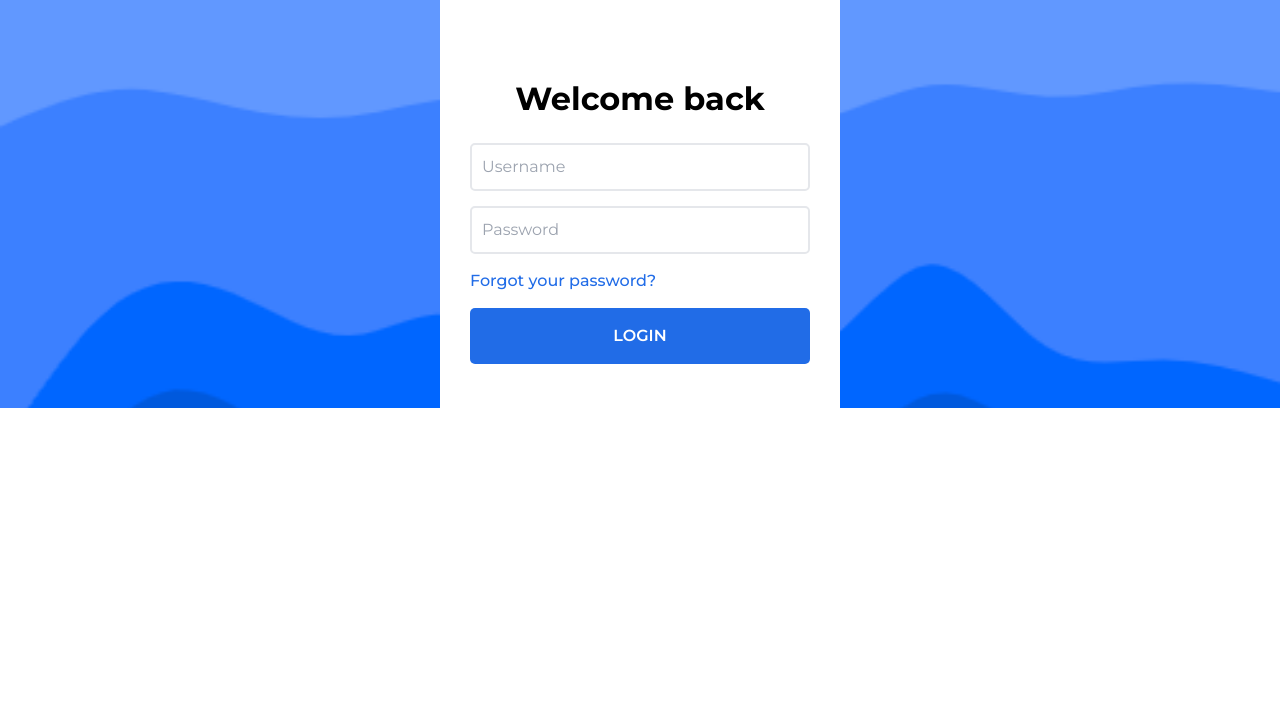
Repository: SatohJiro/CourseSale
Page: /
The author's editor kept a copy of each file at every save. The page is drawn from the files as they stood at one save, then again after the next save.
The browser window is 1280 px wide. The pictures show the whole page.
The project was rebuilt for these pictures with package versions that can differ from the ones it lists, and the page was loaded fresh each time. Also part of the build but not shown: src/pages/Home/index.js, src/pages/Courses/index.js, src/layout/DefaultLayout/DefaultLayout.module.scss, src/layout/components/Header/Header.module.scss, src/layout/components/Header/index.js, src/layout/components/Sidebar/Sidebar.module.scss, src/layout/components/Sidebar/index.js, src/layout/DefaultLayout/index.js.

Above is the page before, as saved 2022-12-05 11:11:58.

After the next save:
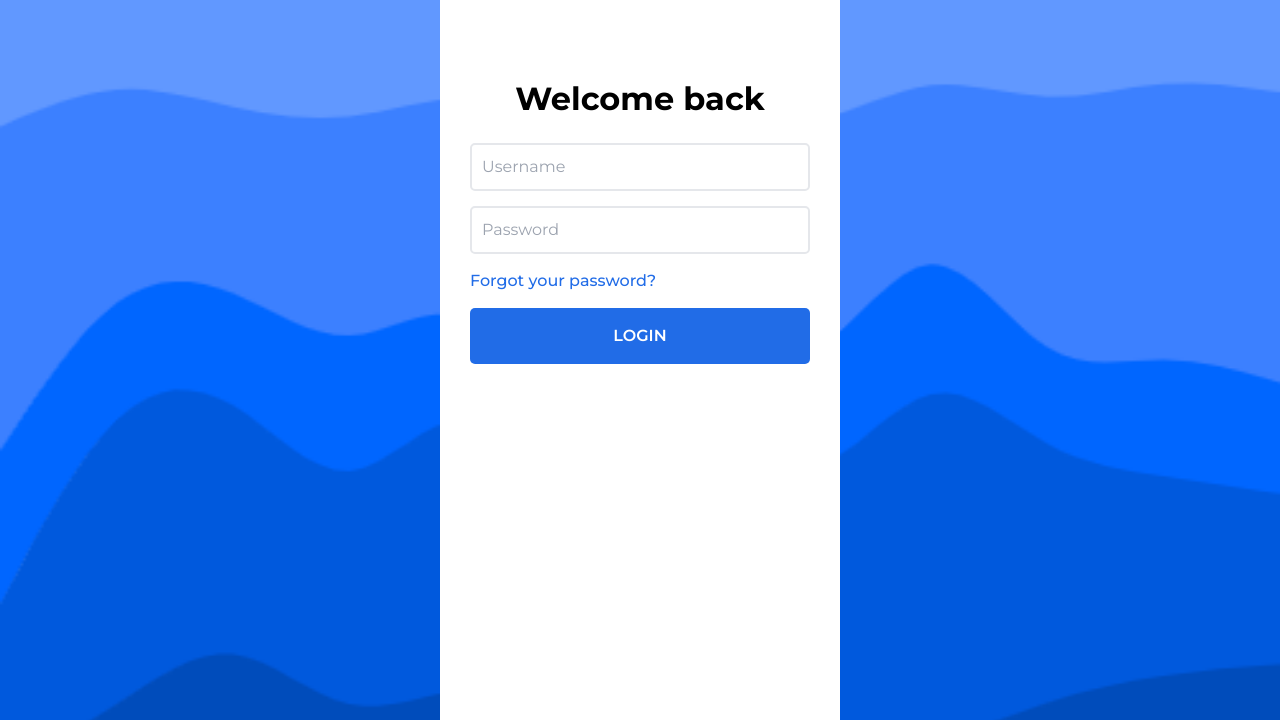
Saved 55 s later.
--- a/src/pages/Login/Login.jsx
+++ b/src/pages/Login/Login.jsx
@@ -3,7 +3,7 @@
 const Login = () => {
   return (
     <>
-      <div className="grid place-items-center h-full m-0 px-[24px] bg-login bg-no-repeat bg-cover animate-background-pan">
+      <div className="grid place-items-center h-[100vh] m-0 px-[24px] bg-login bg-no-repeat bg-cover animate-background-pan">
         <div className="w-[400px] h-full px-[30px] pt-[70px] pb-[44px] round-[24px] bg-white text-center">
           <h2 className="mt-2 mb-8 text-[32px] font-bold">Welcome back</h2>
           <form action="" className="grid gap-6">

After the save that followed:
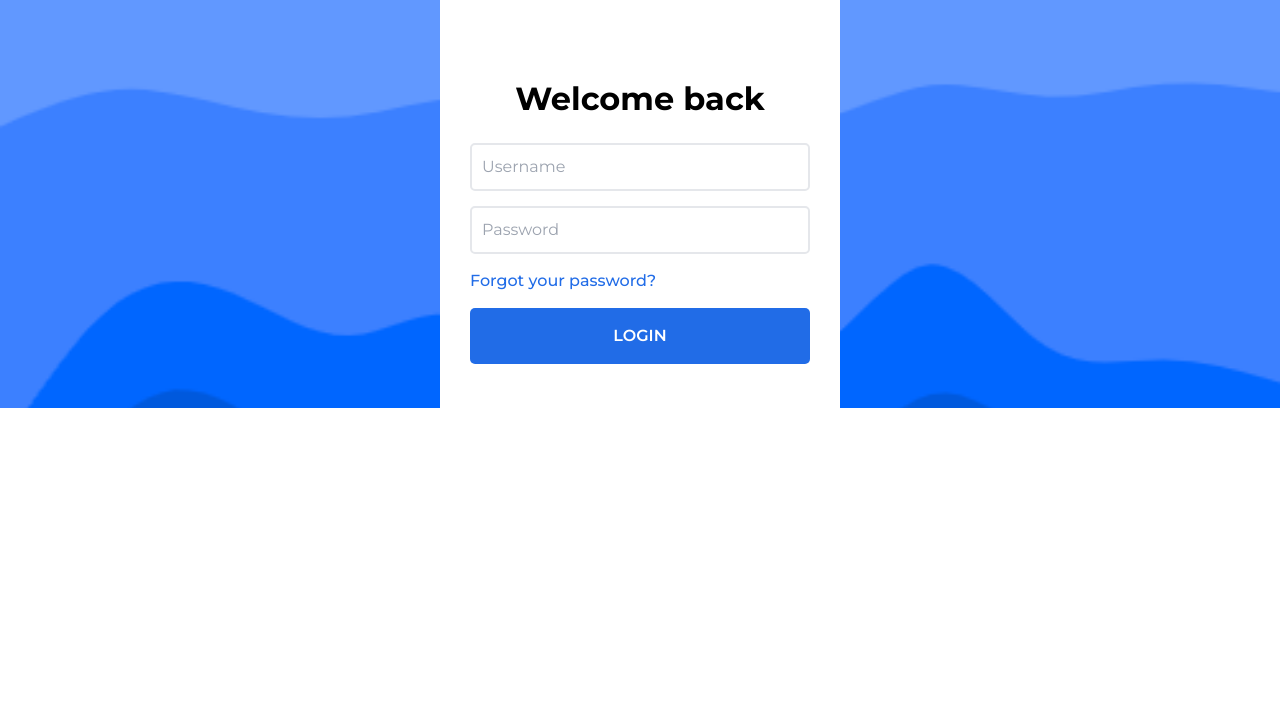
Saved 10 s later.
--- a/src/pages/Login/Login.jsx
+++ b/src/pages/Login/Login.jsx
@@ -3,7 +3,7 @@
 const Login = () => {
   return (
     <>
-      <div className="grid place-items-center h-[100vh] m-0 px-[24px] bg-login bg-no-repeat bg-cover animate-background-pan">
+      <div className="grid place-items-center m-0 px-[24px] bg-login bg-no-repeat bg-cover animate-background-pan">
         <div className="w-[400px] h-full px-[30px] pt-[70px] pb-[44px] round-[24px] bg-white text-center">
           <h2 className="mt-2 mb-8 text-[32px] font-bold">Welcome back</h2>
           <form action="" className="grid gap-6">
